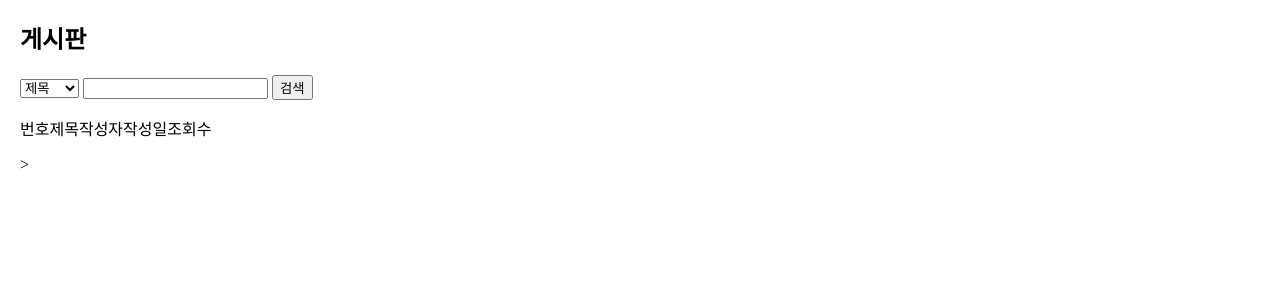
Repository: anydevil0812/board_subject
Page: http://localhost/board/main.jsp
An editor plug-in stored every save of this project. The page is shown before and after the next save, followed by the edit.
The browser window is 1280 px wide. The pictures show the whole page.
The page is served by Tomcat 9. Other server files are loaded and not shown.

Above is the page before, as saved 2024-10-25 04:30:24.

### board/src/main/webapp/main.jsp
<%@page import="util.DBUtil"%>
<%@page import="java.sql.Connection"%>
<%@ taglib uri="http://java.sun.com/jsp/jstl/core" prefix="c"%>
<%@ page contentType="text/html;charset=UTF-8" language="java" %>
<%@ page import="java.util.List" %>
<%@ page import="dto.BoardDTO" %>
<%@ page import="dao.BoardDAO" %>

<%

	Connection conn = DBUtil.connect();
	BoardDTO dto = new BoardDTO();
	BoardDAO dao = new BoardDAO();

%>
<html>
<head>
    <title>Subject1-3</title>
    <link rel="stylesheet" href="./css/1.css"/>
</head>
<body>
    <h2>게시판</h2>
    <form action="" method="post">
	   <span>
	       <select name="search-category">
	           <option>제목</option>
	           <option>작성자</option>
	           <option>내용</option>
	       </select>
	   </span>
	   <span>
	       <input type="text" name="search-text">
	   </span>
	   <span>
	       <button name="search-button">검색</button>
	   </span>
	</form>
    <div class="board-title">
        <dl>
            <dt>번호</dt>
            <dt>제목</dt>
            <dt>작성자</dt>
            <dt>작성일</dt>
            <dt>조회수</dt>
        </dl>
    </div>
    <div class="board-list">
    	<c:forEach var="dto" items="${lists}">
	        <dl>
	            <dd>${dto.num}</dd>
	            <dd>
	            	<a href="${articleUrl}&num=${dto.num}">
                    	${dto.subject}
               		</a>
	            </dd>
	            <dd>${dto.name}</dd>
	            <dd>${dto.date}</dd>
	            <dd>${dto.count}</dd>
	        </dl>
        </c:forEach>>
    </div>
    <c:forEach var="post" items="${posts}">
        <div class="forward">
            <div class="post-title">${post.title}</div>
            <div>${post.content}</div>
            <div>작성자: ${post.username}</div>
        </div>
    </c:forEach>
</body>
</html>

### board/src/main/java/util/DBUtil.java
package util;

import java.sql.Connection;
import java.sql.DriverManager;
import java.sql.ResultSet;
import java.sql.SQLException;
import java.sql.Statement;

public class DBUtil {

	 public static Connection connect() throws SQLException, ClassNotFoundException {
		 	String driver ="oracle.jdbc.driver.OracleDriver";
	        String db_url = "jdbc:oracle:thin:@localhost:1521:xe";
	        String db_id = "SYSTEM";
	        String db_pw = "20241014!";
	        Class.forName(driver);

	        return DriverManager.getConnection(db_url, db_id, db_pw);
	 }

     public static void close(Connection con, Statement stmt, ResultSet rset) {
        try {
            if (rset != null) {
                rset.close();
                rset = null;
            }
            if (stmt != null) {
                stmt.close();
                stmt = null;
            }
            if (con != null) {
                con.close();
                con = null;
            }
        } catch (SQLException e) {
            e.printStackTrace();
        }
     }

}

### board/src/main/java/dto/BoardDTO.java
package dto;

public class BoardDTO {

	int num;

	String title;

	String name;

	String date;

	String views;

	public int getNum() {
		return num;
	}

	public void setNum(int num) {
		this.num = num;
	}

	public String getTitle() {
		return title;
	}

	public void setTitle(String title) {
		this.title = title;
	}

	public String getName() {
		return name;
	}

	public void setName(String name) {
		this.name = name;
	}

	public String getDate() {
		return date;
	}

	public void setDate(String date) {
		this.date = date;
	}

	public String getViews() {
		return views;
	}

	public void setViews(String views) {
		this.views = views;
	}

}

### board/src/main/webapp/css/1.css
body {
    margin: 20px;
}

.content {
    width: 70%;
    margin: 0 auto;
}

.board-title dl {
    display: flex;
}

.forward {
    border: 1px solid #ccc;
    margin: 10px 0;
    padding: 10px;
}

.post-title {
    font-weight: bold;
    font-size: 1.2em;
}

.form-container {
    margin-bottom: 20px;
}

After the next save:
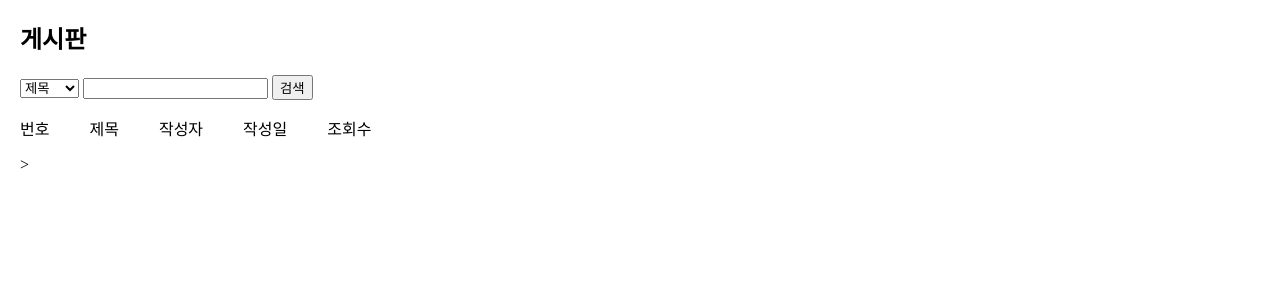
Saved 105 s later.
--- a/board/src/main/webapp/css/1.css
+++ b/board/src/main/webapp/css/1.css
@@ -9,6 +9,10 @@ body {
 
 .board-title dl {
     display: flex;
+}
+
+.board-title dt {
+	margin-right: 40px;
 }
 
 .forward {
